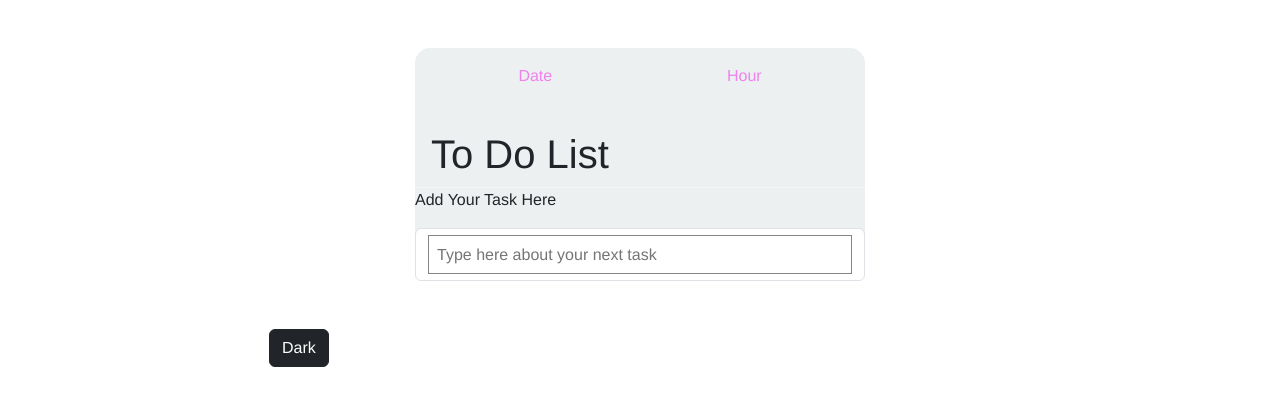
Repository: Passionblaz/TODO
Page: TODO/Untitled-1.html
An editor plug-in stored every save of this project. The page is shown before and after a run of saves, followed by the edit.
The browser window is 1280 px wide. The pictures show the whole page.

Above is the page before, as saved 2023-07-14 11:51:29.

After the next 4 saves:
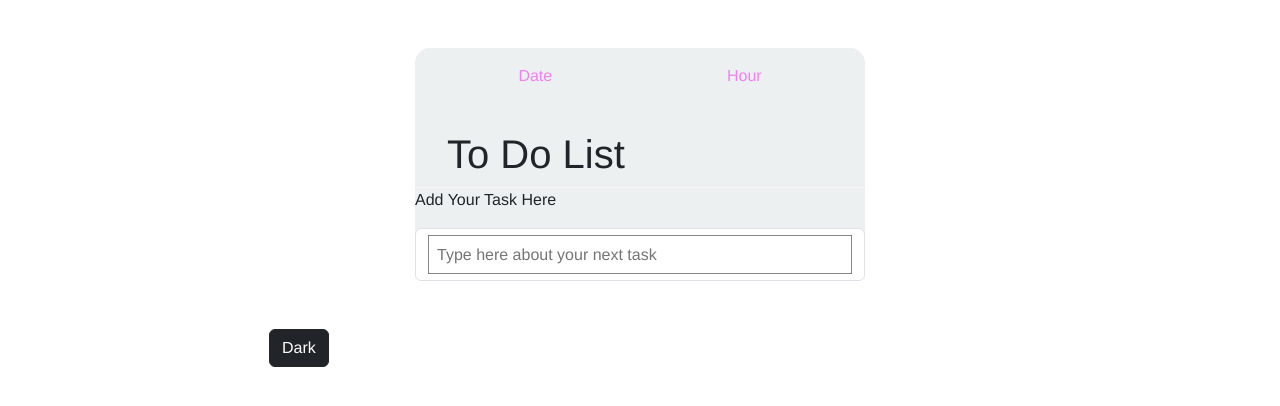
The 4 saves are shown as one change because they came seconds apart.
The last was saved 10 s later.
--- a/TODO/todostyles.css
+++ b/TODO/todostyles.css
@@ -66,7 +66,8 @@ input {
 border-bottom: 1px solid whitesmoke;
 }
 header >h1 {
-  padding-left: ;
+  padding-left: 16px;
+  border-left: ;
 }
 
 
